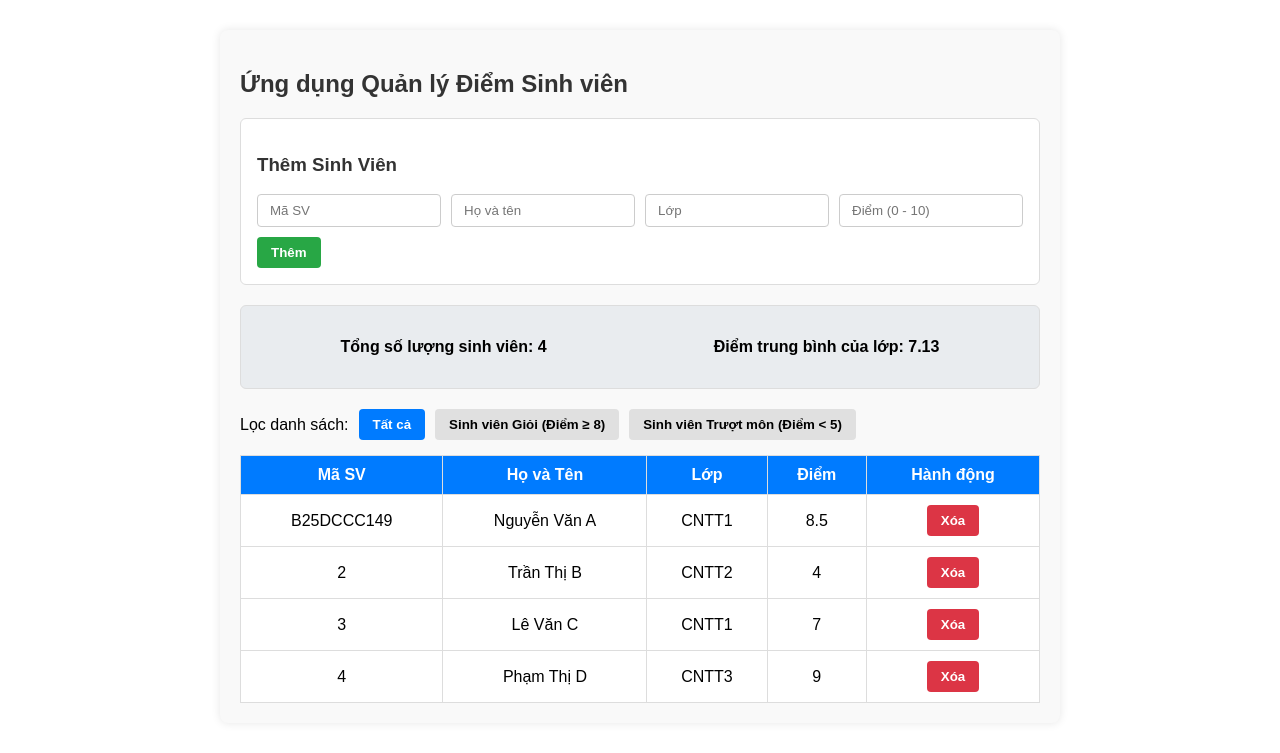
Repository: bachphamudu/B25DCCC030
Page: /
An editor plug-in stored every save of this project. The page is shown before and after the next save, followed by the edit.
The browser window is 1280 px wide. The pictures show the whole page.
The project was rebuilt for these pictures with package versions that can differ from the ones it lists, and the page was loaded fresh each time.

Above is the page before, as saved 2026-10-15 10:07:39.

After the next save:
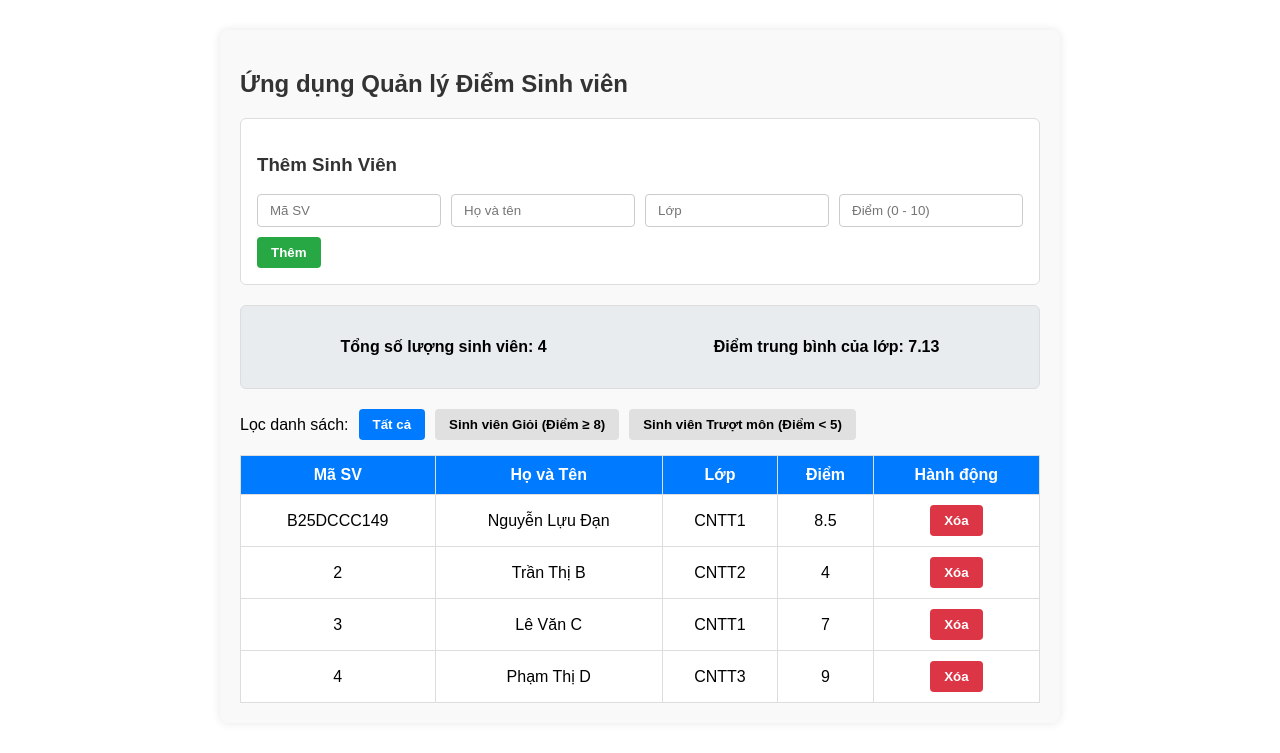
Saved 8 s later.
--- a/src/App.js
+++ b/src/App.js
@@ -52,7 +52,7 @@ const StudentTable = (sql) => {
 
 const App = () => {
   const [students, setStudents] = useState([
-    { id: 'B25DCCC149', name: 'Nguyễn Văn A', score: 8.5, className: 'CNTT1' },
+    { id: 'B25DCCC149', name: 'Nguyễn Lựu Đạn', score: 8.5, className: 'CNTT1' },
     { id: '2', name: 'Trần Thị B', score: 4.0, className: 'CNTT2' },
     { id: '3', name: 'Lê Văn C', score: 7.0, className: 'CNTT1' },
     { id: '4', name: 'Phạm Thị D', score: 9.0, className: 'CNTT3' },
